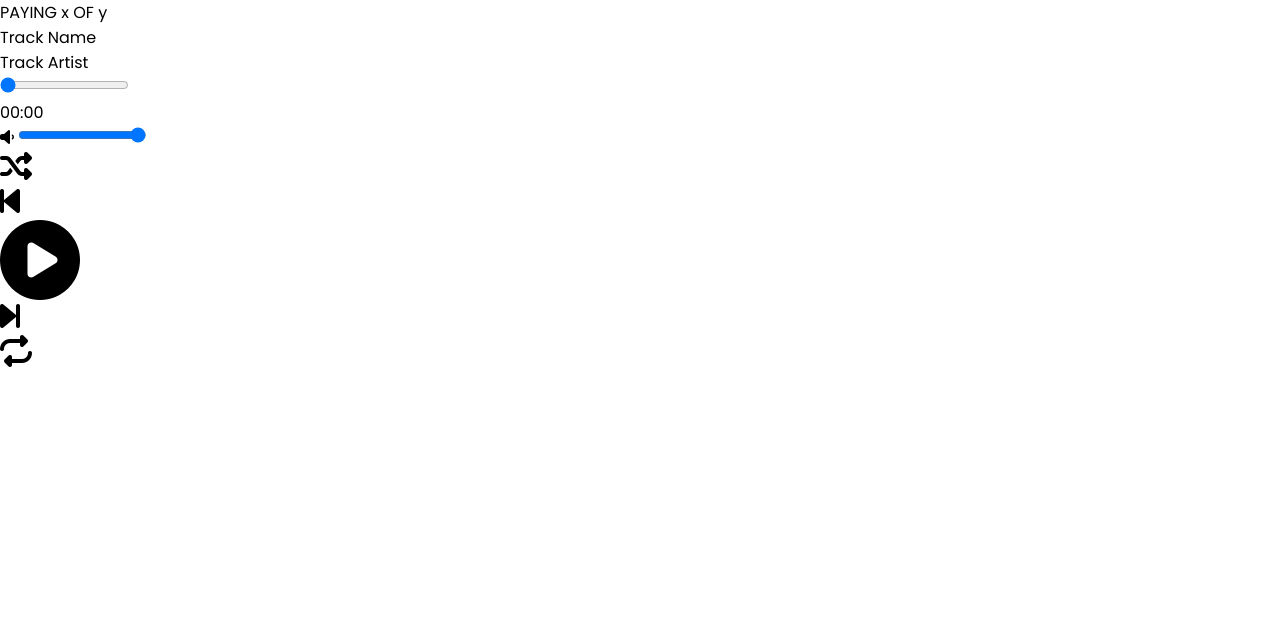
Repository: NguyenVietPhuQuy/Javascript-AudioPlayer
Page: index.html
These files come from the project's save history. The page is drawn as it stood at one moment and after the next save; the edit follows.
The browser window is 1280 px wide. The pictures show the whole page.

Above is the page before, as saved 2022-11-09 08:18:56.

After the next save:
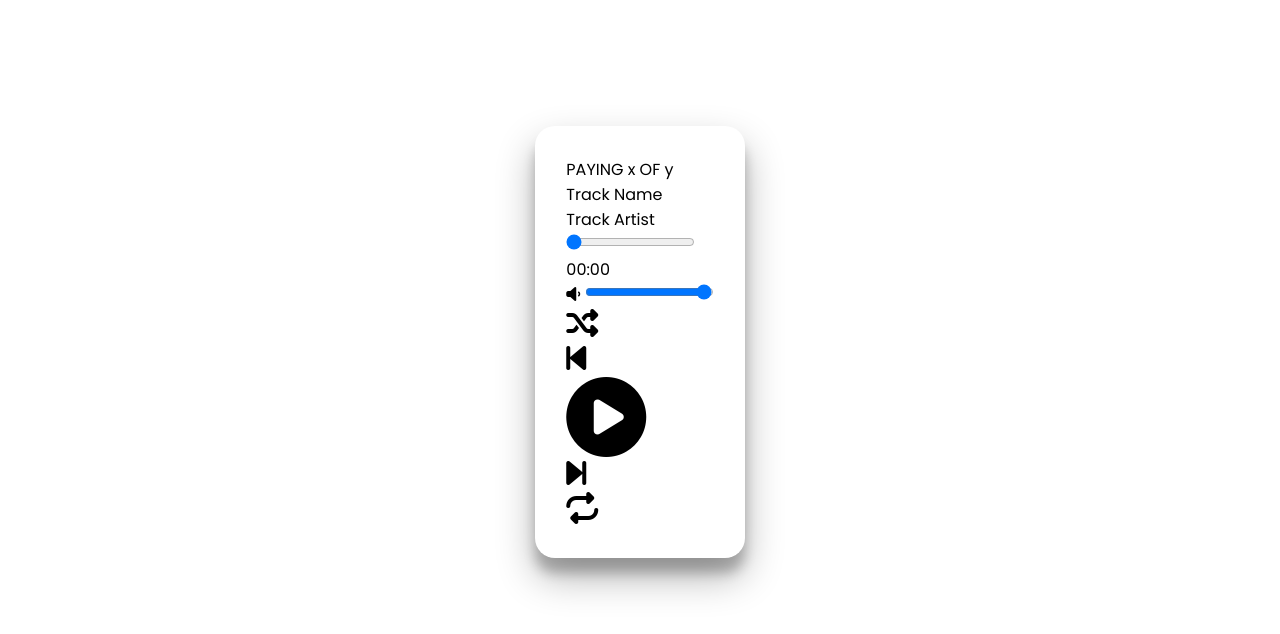
Saved 3 min 5 s later.
--- a/index.css
+++ b/index.css
@@ -1,3 +1,4 @@
+/*Font Google and base*/
 @import url('https://fonts.googleapis.com/css2?family=Poppins&display=swap');
 *{
     font-family: 'Poppins',sans-serif;
@@ -7,3 +8,17 @@
 img{
     width: 100%;
 }
+/*Main*/
+.player{
+    height: 95vh;
+    display: flex;
+    align-items: center;
+    flex-direction: column;
+    justify-content: center;
+}
+.wrapper{
+    border: 1px solid transparent;
+    padding: 30px;
+    border-radius: 20px;
+    box-shadow: rgba(0, 0, 0, 0.3) 0 19px 38px, rgba(0, 0, 0, 0.22) 0 15px 12px
+}
